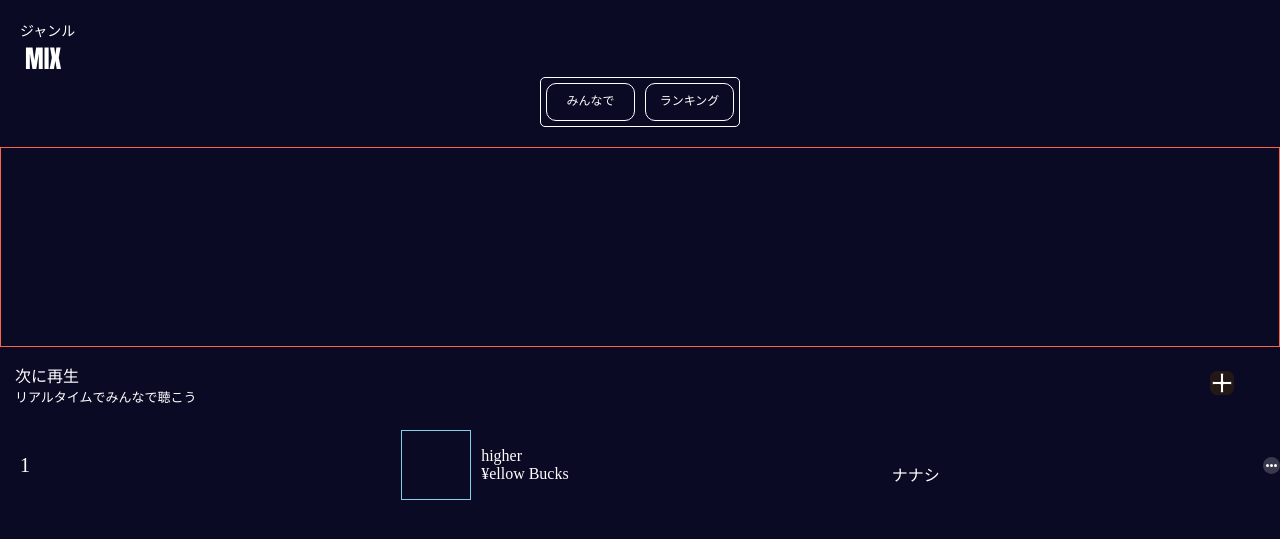
Repository: FujieRyou/2024_team
Page: /LoggedIn
An editor plug-in stored every save of this project. The page is shown before and after the next save, followed by the edit.
The browser window is 1280 px wide. The pictures show the whole page.
The project was rebuilt for these pictures with package versions that can differ from the ones it lists, and the page was loaded fresh each time. The framework's server and built-in components were replaced by stand-ins that run in the browser. Also part of the build but not shown: next.config.js.

Above is the page before, as saved 2024-01-10 11:36:20.

After the next save:
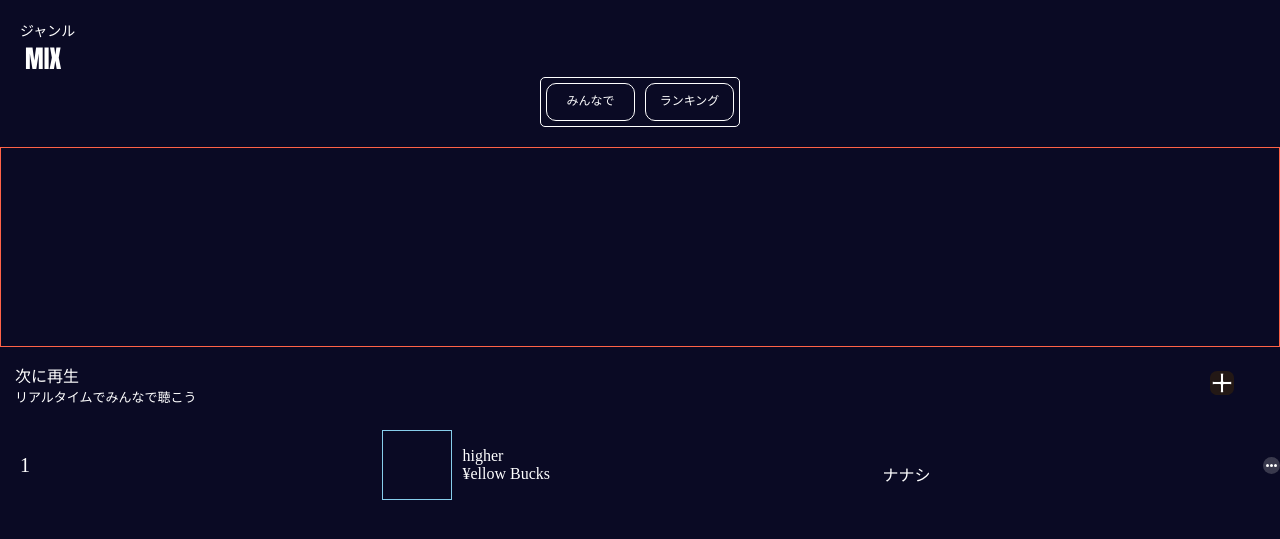
Saved 64 s later.
--- a/src/styles/index.css
+++ b/src/styles/index.css
@@ -314,7 +314,6 @@ h2{
     border: solid 1px skyblue;
     width: 70px;
     height: 70px;
-    margin-left: 28px;
 }
 .button_wrap{
     display: flex;
